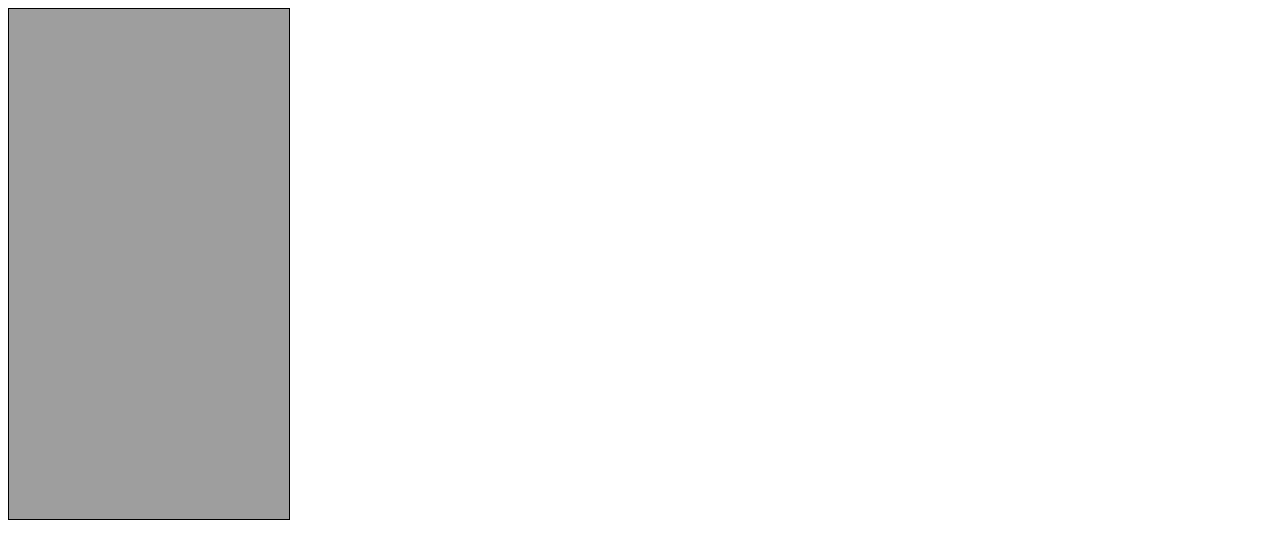
Repository: Tranduchieu2002/FlappyBird
Page: Flappy.html
These files come from the project's save history. The page is drawn as it stood at one moment and after the next save; the edit follows.
The browser window is 1280 px wide. The pictures show the whole page.

Above is the page before, as saved 2021-09-14 17:16:05.

### Flappy.html
<!DOCTYPE html>
<html lang="en">
<head>
   <meta charset="UTF-8">
   <meta http-equiv="X-UA-Compatible" content="IE=edge">
   <meta name="viewport" content="width=device-width, initial-scale=1.0">
   <title>Document</title>
   <style>
      canvas  {
         border: 1px solid;
     }
     @media only screen and (max-width: 600px) {
        canvas {
         width: 100%;
         height: 100%;
        }
     }
   </style>
</head>
<body>
   <canvas id="canvas" width="280px" height="510px">

   </canvas>
   <script src="index.js"></script>
</body>
</html>

### index.js
const cvs = document.querySelector("canvas");
const ctx = cvs.getContext("2d");
var bird = new Image();
var bg = new Image();
let fg = new Image();
let pipeSouth = new Image();
let pipeNorth = new Image();
console.log(pipeNorth.length, pipeSouth.length);
fg.src =
  "https://raw.githubusercontent.com/CodeExplainedRepo/FlappyBird-JavaScript/master/images/fg.png";
pipeNorth.src =
  "https://raw.githubusercontent.com/CodeExplainedRepo/FlappyBird-JavaScript/master/images/pipeNorth.png";
pipeSouth.src =
  "https://raw.githubusercontent.com/CodeExplainedRepo/FlappyBird-JavaScript/master/images/pipeSouth.png";
bird.src =
  "https://raw.githubusercontent.com/CodeExplainedRepo/FlappyBird-JavaScript/master/images/bird.png";
bg.src =
  "https://raw.githubusercontent.com/CodeExplainedRepo/FlappyBird-JavaScript/master/images/bg.png";
(function draw() {
  const fh = 50;
  const hC = cvs.height;
  let Bx = 50;
  let By = 50;
  let hPassForCg = 7 * fh;
  ctx.drawImage(bg, 0, 0);
  ctx.drawImage(bird, 0, 0, 50, 50);
  ctx.drawImage(pipeSouth, 130, hC - hPassForCg);
  ctx.drawImage(pipeNorth,130,0)
  ctx.drawImage(fg, 0, hC - fg.height);
  requestAnimationFrame(draw);
})();

After the next save:
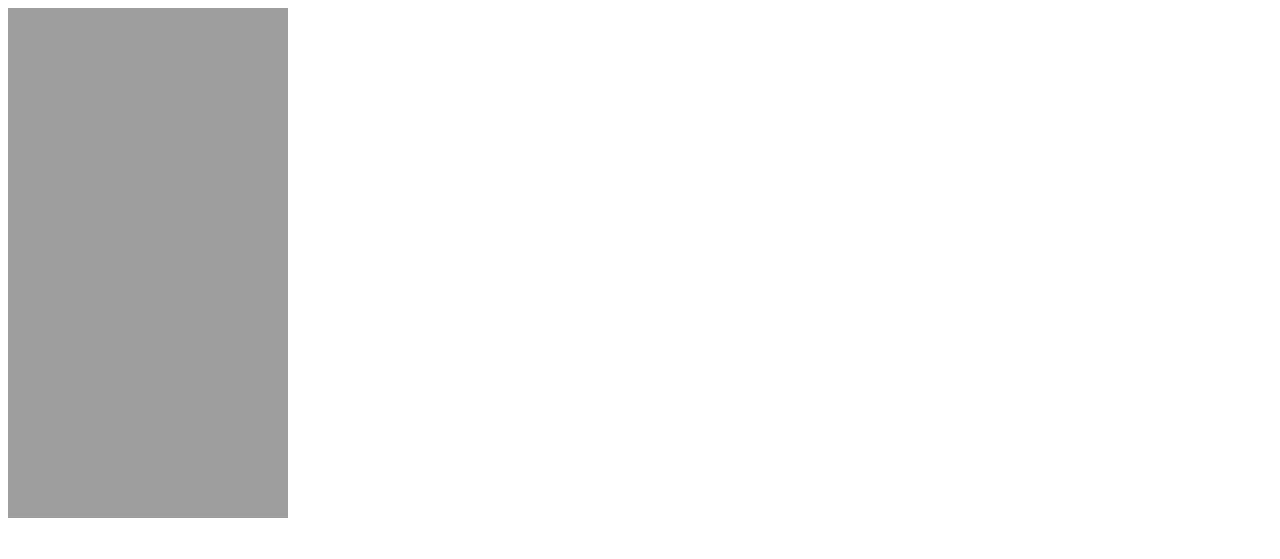
Saved 17 s later.
--- a/Flappy.html
+++ b/Flappy.html
@@ -7,7 +7,6 @@
    <title>Document</title>
    <style>
       canvas  {
-         border: 1px solid;
      }
      @media only screen and (max-width: 600px) {
         canvas {
